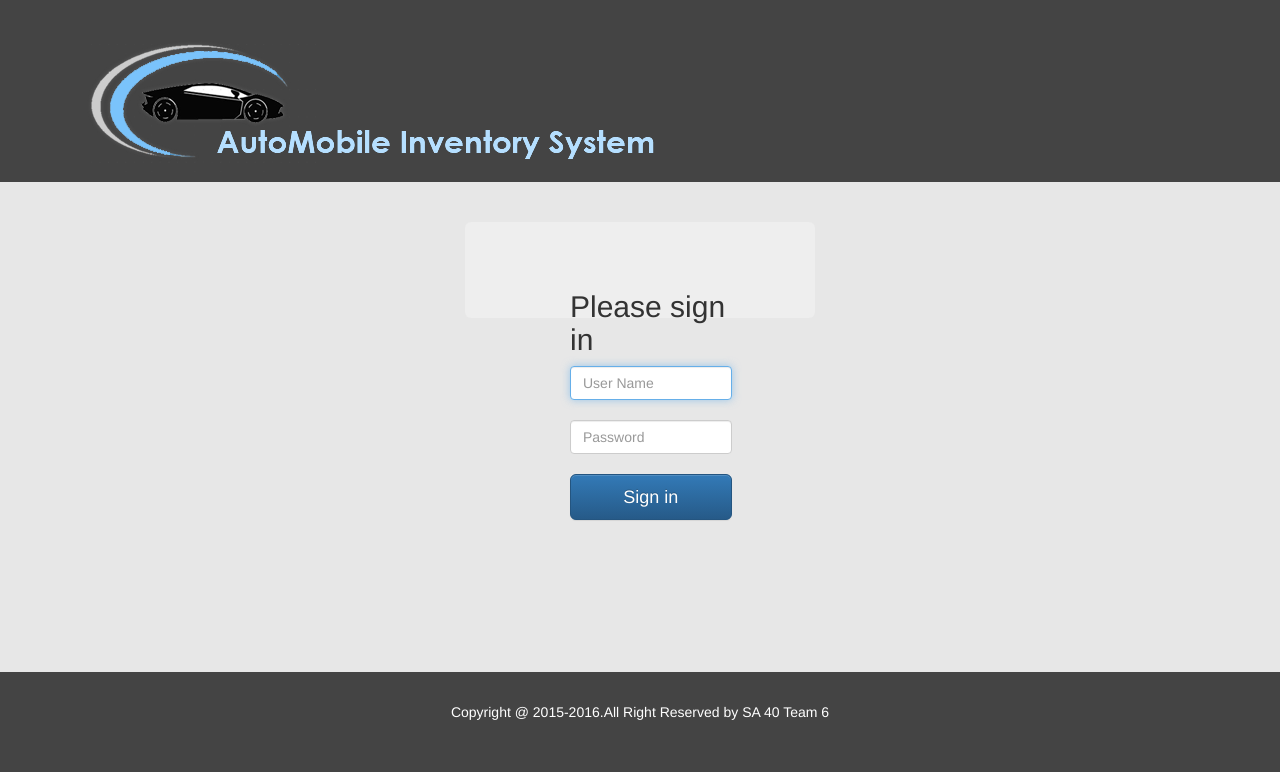
Repository: JiorMajor/InventorySystemWorkspace
Page: http://localhost/InventoryWebSA40Team6/ShowLogin
An editor plug-in stored every save of this project. The page is shown before and after the next save, followed by the edit.
The browser window is 1280 px wide. The pictures show the whole page.
The page is served by Tomcat 9. Other server files are loaded and not shown.

Above is the page before, as saved 2015-06-12 17:46:53.

### InventoryWebSA40Team6/WebContent/WEB-INF/decorators.xml
<?xml version="1.0" encoding="UTF-8"?>
<decorators defaultdir="/decorators">
    <decorator name="basic-theme" page="master-theme.jsp">
        <pattern>/pages/*</pattern>
    </decorator>
</decorators>

### InventoryWebSA40Team6/WebContent/index.jsp
<?xml version="1.0" encoding="UTF-8" ?>
<%@ taglib uri="http://www.opensymphony.com/sitemesh/decorator"
	prefix="decorator"%>
<%@ taglib prefix="c" uri="http://java.sun.com/jsp/jstl/core"%>
<html xmlns="http://www.w3.org/1999/xhtml">
<head>

<meta charset="utf-8">
<meta http-equiv="X-UA-Compatible" content="IE=edge">
<meta name="viewport" content="width=device-width, initial-scale=1">
<title>SitemeshDemo</title>
<!-- Bootstrap -->
<link href="bootstrap/css/bootstrap.min.css" type="text/css" rel="stylesheet" />
<link href="bootstrap/css/bootstrap-theme.min.css" type="text/css" rel="stylesheet" />
<link href="bootstrap/css/style.css" type="text/css" rel="stylesheet" />
<script type="text/javascript" src="bootstrap/js/jquery-1.11.3.min.js"></script>
<script type="text/javascript" src="bootstrap/js/bootstrap.min.js"></script>
<script type="text/javascript" src="bootstrap/js/modal.js"></script>
</head>
<body>
	<div class="header">
		<div class="container">
			<div class="row ">
				<div class="col-lg-12">
					<a href="#"><img src='images/3.png'></a>
				</div>
			</div>
		</div>
	</div><!-- End header -->

	<div class="container" style="height:490px">
	<div class="row">
	<div class="col-md-12 col-sm-12 col-xs-12" >
	<br><br>
	</div>
	</div>
	  <div class="row">
	  <div class="container">
	  <div class="col-md-4 col-sm-4 col-xs-4"></div>
	  <div class="col-md-4 col-sm-4 col-xs-4">
	  <div class="jumbotron">
	  <div class="col-md-1"></div>

	  <div class="col-md-10">
      <form class="form-signin" action="/InventoryWebSA40Team6/ValidateLogin" method=post>
        <h2 class="form-signin-heading">Please sign in</h2>
		<c:if test="${flag==\"false\"}">
			<h3 style="color:red">Login unsuccessful!</h3>
		</c:if>
        <label for="inputEmail" class="sr-only">Email address</label>
        <input type="text" id="inputEmail" class="form-control" placeholder="User Name" name="name" required autofocus>
        <br>
        <label for="inputPassword" class="sr-only">Password</label>
        <input type="password" id="inputPassword" class="form-control" placeholder="Password" name="password" required>
        <br>
        <button class="btn btn-lg btn-primary btn-block" type="submit">Sign in</button>
        <br><br>
      </form>
      </div>
      </div>
      <div class="col-md-1"></div>

      <div class="col-md-4"></div>
      </div>
      </div>
      </div>
    </div> <!-- /container -->

		<div class="footer">
	<div class="container">
			<div class="row">
				<div class="col-lg-12">
					<center><p>Copyright @ 2015-2016.All Right Reserved by SA 40 Team 6</p></center>
				</div>
			</div>
		</div>

	</div>
</body>
</html>

### InventoryWebSA40Team6/src/controller/ShowLogin.java
package controller;

import java.io.IOException;

import javax.servlet.RequestDispatcher;
import javax.servlet.ServletException;
import javax.servlet.annotation.WebServlet;
import javax.servlet.http.HttpServlet;
import javax.servlet.http.HttpServletRequest;
import javax.servlet.http.HttpServletResponse;

/**
 * Servlet implementation class ShowLogin
 */
@WebServlet("/ShowLogin")
public class ShowLogin extends HttpServlet {
	private static final long serialVersionUID = 1L;

    /**
     * @see HttpServlet#HttpServlet()
     */
    public ShowLogin() {
        super();
        // TODO Auto-generated constructor stub
    }

	/**
	 * @see HttpServlet#doGet(HttpServletRequest request, HttpServletResponse response)
	 */
	protected void doGet(HttpServletRequest request, HttpServletResponse response) throws ServletException, IOException {
		// TODO Auto-generated method stub
		RequestDispatcher rd = request.getRequestDispatcher("/index.jsp");
		rd.forward(request, response);
	}

	/**
	 * @see HttpServlet#doPost(HttpServletRequest request, HttpServletResponse response)
	 */
	protected void doPost(HttpServletRequest request, HttpServletResponse response) throws ServletException, IOException {
		// TODO Auto-generated method stub
	}

}

### InventoryWebSA40Team6/WebContent/bootstrap/css/style.css
@CHARSET "UTF-8";
*{
	margin:0 auto;
	padding:0 auto;
}
body{
	background:#e7e7e7;
}

.header{
	padding:30px 0 ;
	border:1px solid #ccc;
    padding: 10px 0;
    width: 100%;
    background:#444;
    border:0;
    margin:0;

}
.header img{border:0;}
.menu{
	background: #ccc;
	box-shadow:2px -1px 13px #333;

}
.footer{
	background:#444;
	padding:30px 0;
	width:100%;
	height:100px;
}
p{
	color:#fff;
}
img{
	border:1px solid #ccc;
}
.main{
	padding-top:30px;
	padding-bottom:30px;
}
.main p{
	color:#333;
}
.navbar-default{
	color:none;
	border:none;
	box-shadow:none;
}
.navbar{margin-bottom:0;}
.navbar-header{
	background:none;
	color:#fff;
}
a.navbar-brand{
	color:none;
	padding-left:0;
	padding-right: 70px;
}
.navbar-default{
	background:none;
	padding:0;
}
.navbar-default .navbar-brand{color:#444;}

h1{padding-bottom:30px;}*/

select{
	width:100%;
	padding-top:10px;
	padding-bottom:4px;

}
/*
table{
	width:100%;

}

table tr td{
	border:1px solid #ccc;
	padding:5px;
	text-algin:center;

}
table form input{
	width:50%;
}
table tr td input{
	margin:5px;

}

table tr.title{
	font-weight: bold;
	font-size:16px;

}*/

.button{
	margin-top:20px;
	float:right;
}
hr{border-color:rgb(204,204,204);}

.imp{
	color:red;
	font-weight: bold;
	font-size:16px;
}
h4.success{
	color:green;
	background:#f0f0f0;
	border:1px solid #ccc;
	padding:10px;
	margin:0 0 35px;
}

.navbar-default .navbar-nav > li > a{
	color: #333;
    font-size: 15px;

}

.navbar-default .navbar-nav > li > a:focus, .navbar-default .navbar-nav > li > a:hover{
	background: rgb(231,231,231);
}
.dropdown-menu{
	padding-top:0;

}
.dropdown-menu .divider{
	margin:0 0;
	border-bottom: 1px dashed;
	background-color: #ccc;
    height: 0;
}
.dropdown-menu > li > a{
	padding-top:10px;
	padding-bottom:10px;
	color:#ccc;
}
.dropdown-menu{
	background-color: #595959;
	opacity:0.4%;
}
.alert-danger{
	float:left;
	margin-bottom:20px;
	width:100%;
}

.cus{
	margin:20px 0;
}
.navbar-nav .open .dropdown-menu{
	background-color: #ccc;
}
#bs-example-navbar-collapse-1 > ul> li>ul .navbar-nav .open .dropdown-menu {
	background: #ccc;
}

#bs-example-navbar-collapse-1 > ul > li > ul.dropdown-menu{
	background-color:#595959;
	opacity:0.4%;
}
#bs-example-navbar-collapse-1 > ul > li > ul > li> a{
	color:#ccc;
}
#bs-example-navbar-collapse-1 > ul > li > ul > li> a:hover{
	background: rgb(231,231,231);
	color:#333;
}

### InventoryWebSA40Team6/WebContent/bootstrap/js/modal.js
/**
 *
 */
$('#myModal').on('shown.bs.modal', function () {
  $('#myInput').focus()
})

Loaded but not shown: InventoryWebSA40Team6/WebContent/bootstrap/css/bootstrap.min.css (library); InventoryWebSA40Team6/WebContent/bootstrap/css/bootstrap-theme.min.css (library); InventoryWebSA40Team6/WebContent/bootstrap/js/jquery-1.11.3.min.js (library); InventoryWebSA40Team6/WebContent/bootstrap/js/bootstrap.min.js (library)

After the next save:
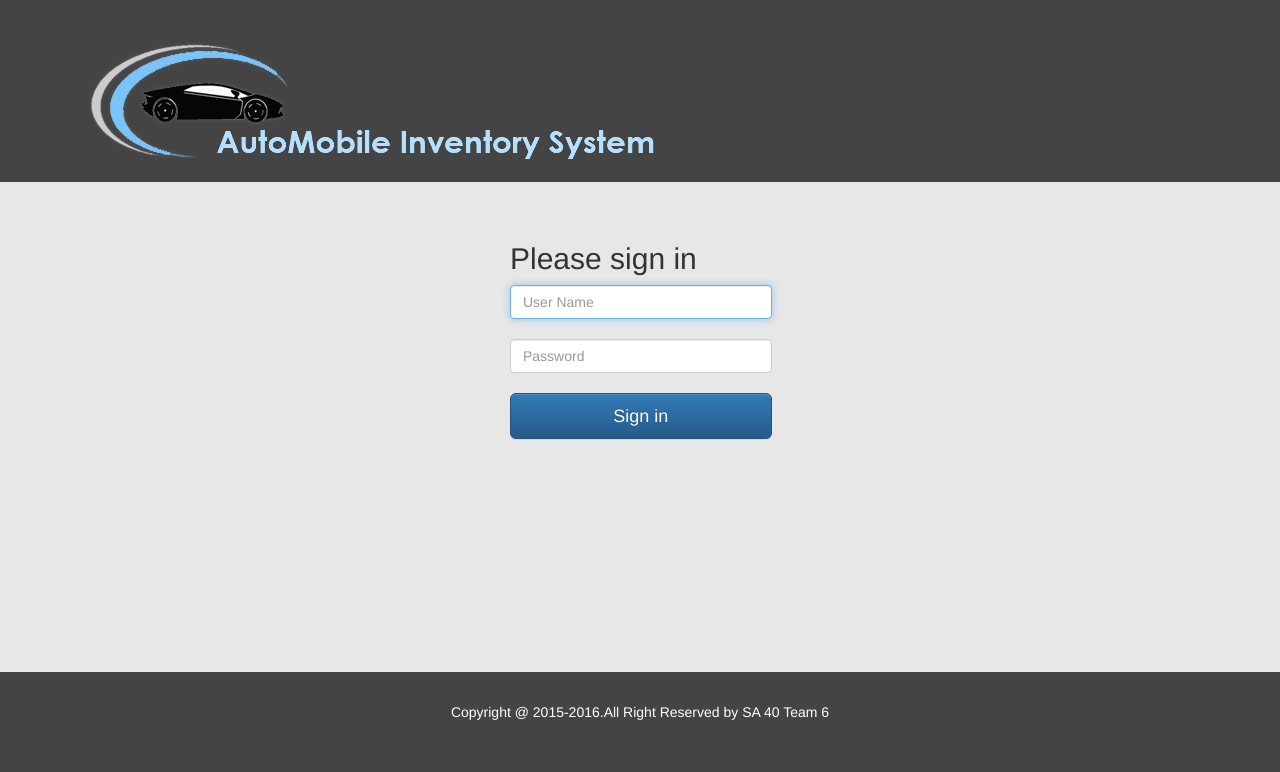
Saved 27 s later.
--- a/InventoryWebSA40Team6/WebContent/index.jsp
+++ b/InventoryWebSA40Team6/WebContent/index.jsp
@@ -38,9 +38,7 @@
 	  <div class="container">
 	  <div class="col-md-4 col-sm-4 col-xs-4"></div>
 	  <div class="col-md-4 col-sm-4 col-xs-4">
-	  <div class="jumbotron">
 	  <div class="col-md-1"></div>
-
 	  <div class="col-md-10">
       <form class="form-signin" action="/InventoryWebSA40Team6/ValidateLogin" method=post>
         <h2 class="form-signin-heading">Please sign in</h2>
@@ -56,7 +54,6 @@
         <button class="btn btn-lg btn-primary btn-block" type="submit">Sign in</button>
         <br><br>
       </form>
-      </div>
       </div>
       <div class="col-md-1"></div>
 
